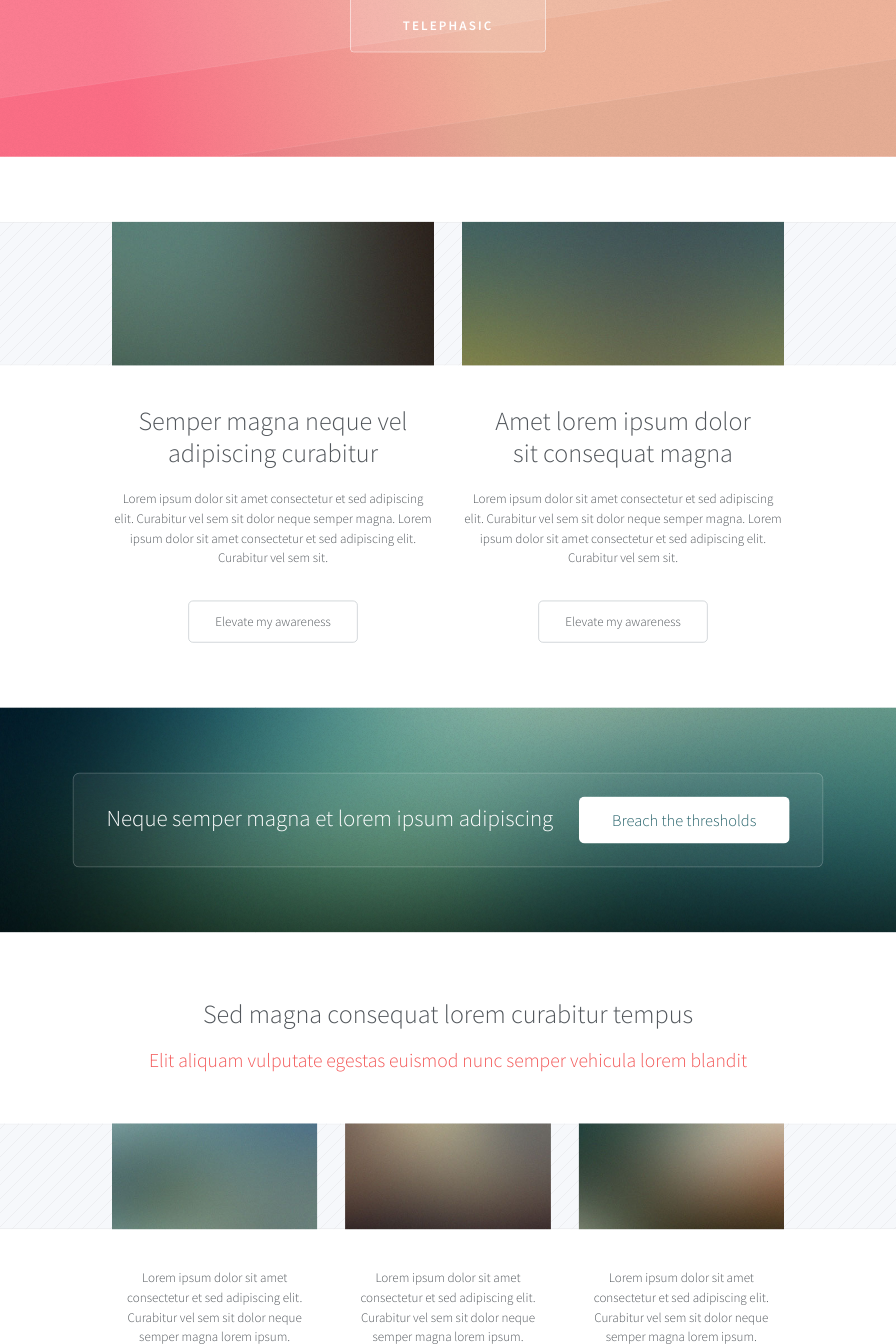
Repository: FranCodeCafe/francodecafe.github.io
Page: index.html
The author's editor kept a copy of each file at every save. The page is drawn from the files as they stood at one save, then again after the next save.
The browser window is 1280 px wide. The pictures show the part of the page from y = 0 to 1920 px (the page is 3111 px tall before and 3323 px after), at 70% of full size.

Above is the page before, as saved 2020-01-22 14:08:23.

After the next save:
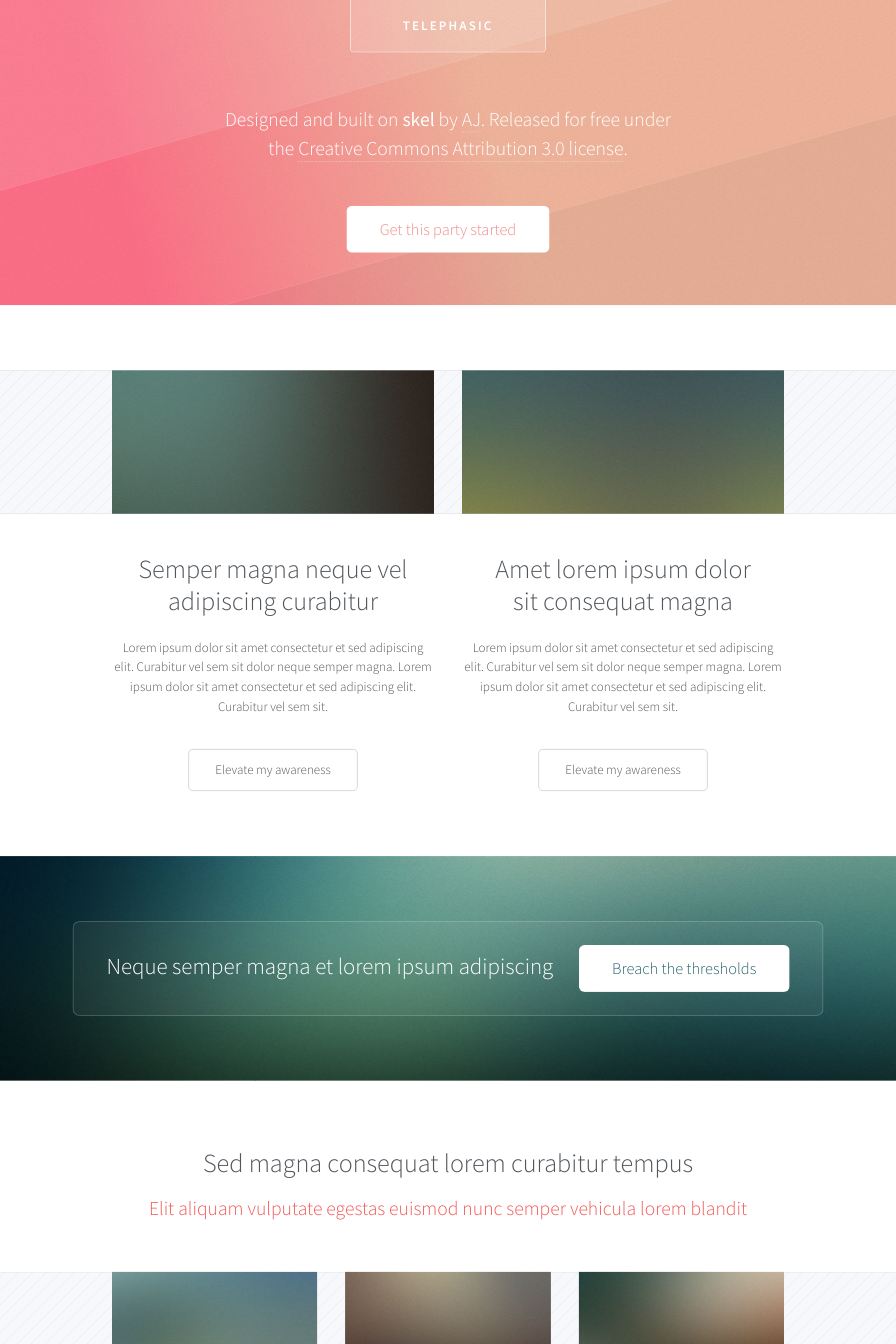
Saved 15 s later.
--- a/index.html
+++ b/index.html
@@ -61,19 +61,19 @@
 				</div>
 
 				<!-- Hero -->
-					<!-- <section id="hero" class="container">
-						<header>
+					<section id="hero" class="container">
+						<!-- <header>
 							<h2>Telephasic is a responsive
 							<br />
 							site template by <a href="http://html5up.net">HTML5 UP</a></h2>
-						</header>
+						</header> -->
 						<p>Designed and built on <strong>skel</strong> by <a href="http://n33.co">AJ</a>. Released for free under
 						<br />
 						the <a href="http://html5up.net/license">Creative Commons Attribution 3.0 license</a>.</p>
 						<ul class="actions">
 							<li><a href="#" class="button">Get this party started</a></li>
 						</ul>
-					</section> -->
+					</section>
 
 			</div>
 
